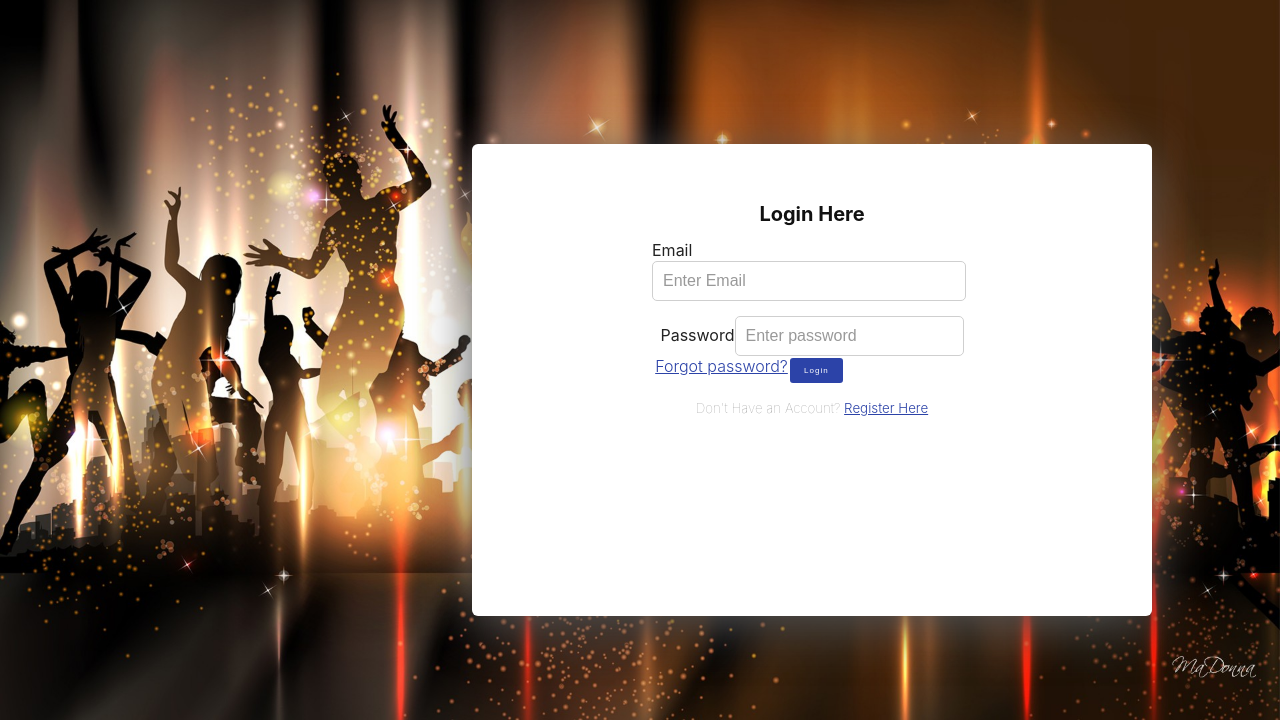
Repository: Fortune-Labs/Event-management-system-CapstoneG3
Page: /login (app in frontend/)
These files come from the project's save history. The page is drawn as it stood at one moment and after the next save; the edit follows.
The browser window is 1280 px wide. The pictures show the whole page.
The project was rebuilt for these pictures with package versions that can differ from the ones it lists, and the page was loaded fresh each time. Also part of the build but not shown: frontend/src/components/LoginSignup/errorMessages.js, frontend/src/components/LoginSignup/register.jsx, frontend/src/components/LoginSignup/verificationCode.jsx, frontend/src/components/LoginSignup/passwordReset.jsx.

Above is the page before, as saved 2020-09-09 15:05:28.

After the next save:
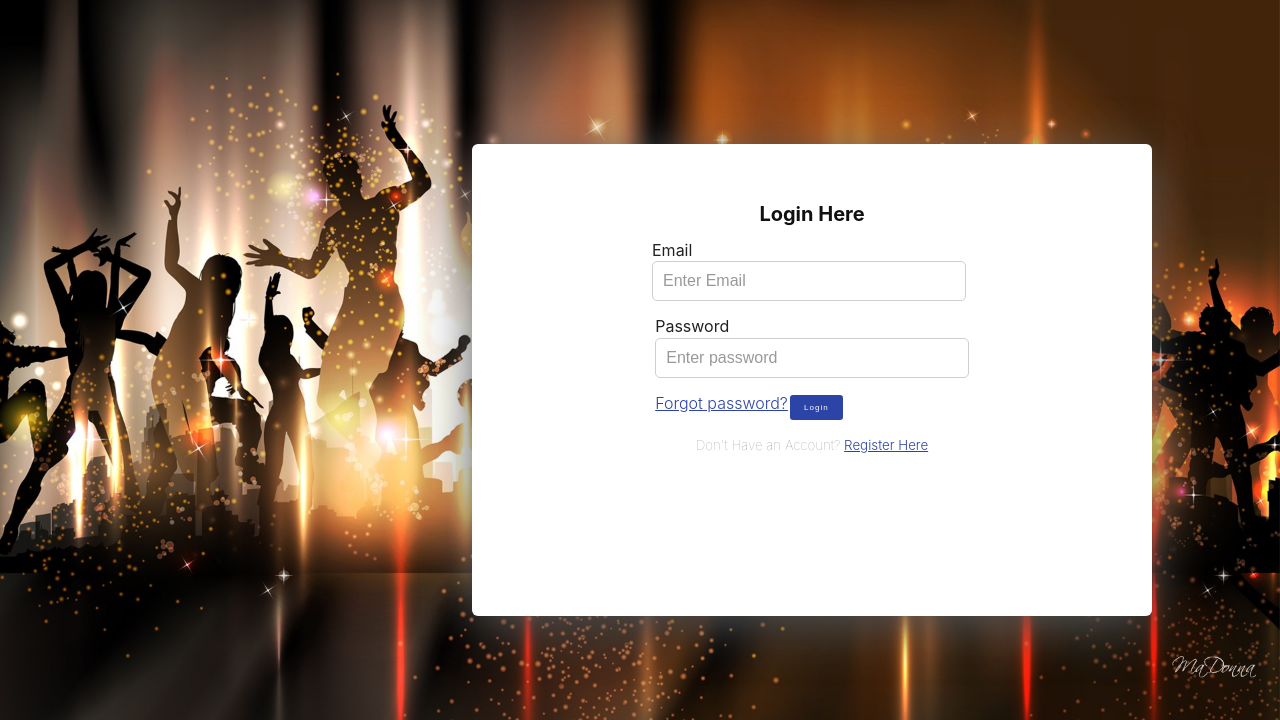
Saved 28 s later.
--- a/frontend/src/components/LoginSignup/style.css
+++ b/frontend/src/components/LoginSignup/style.css
@@ -210,7 +210,7 @@
 }
 
 .email,
-.password {
+.password-l {
   display: flex;
   flex-direction: column;
   margin-bottom: 15px;
@@ -219,7 +219,7 @@
   justify-content: center;
 }
 
-.login-from .password {
+.password-l {
   margin-left: 0%;
 }
 

After the 2 saves that followed:
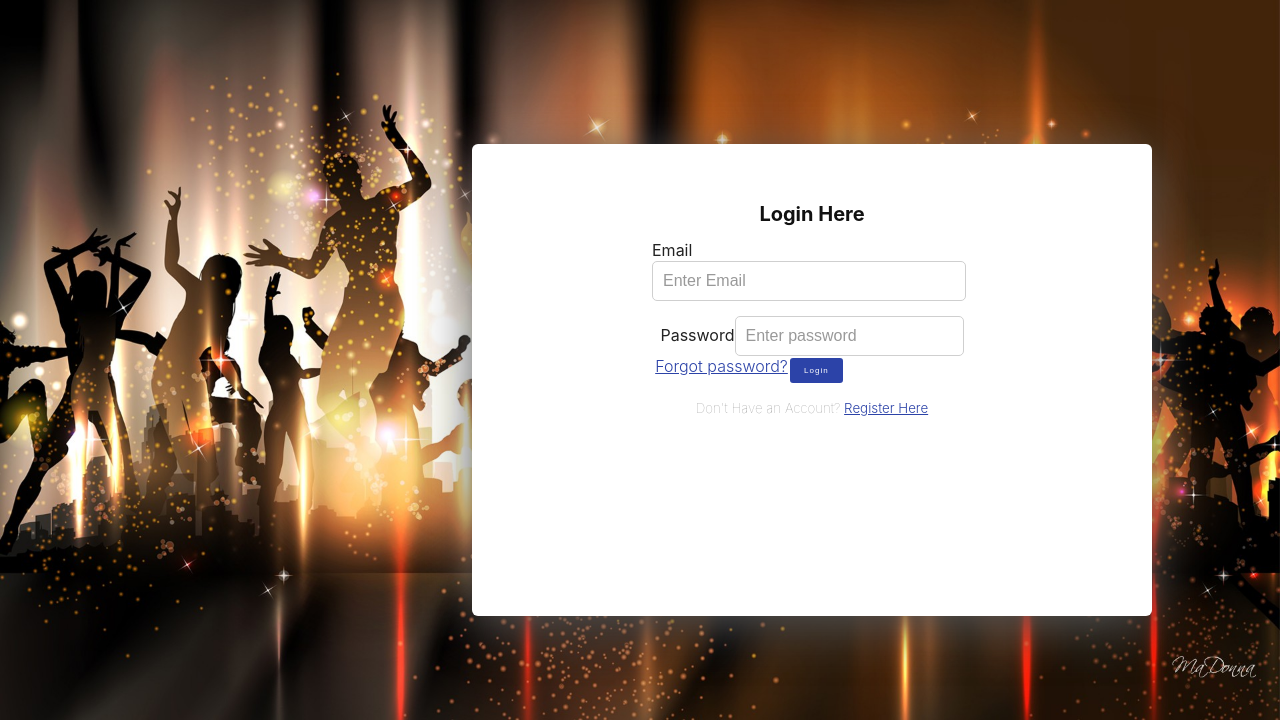
The 2 saves are shown as one change because 1 left the picture as it was.
The last was saved 4 min 44 s later.
--- a/frontend/src/components/LoginSignup/style.css
+++ b/frontend/src/components/LoginSignup/style.css
@@ -210,7 +210,7 @@
 }
 
 .email,
-.password-l {
+.password {
   display: flex;
   flex-direction: column;
   margin-bottom: 15px;
@@ -219,7 +219,7 @@
   justify-content: center;
 }
 
-.password-l {
+.login-form {
   margin-left: 0%;
 }
 
@@ -228,6 +228,10 @@
   flex-direction: row;
   margin-bottom: 10px;
   width: 49%;
+}
+
+.btn {
+  float: right;
 }
 
 .login button {
